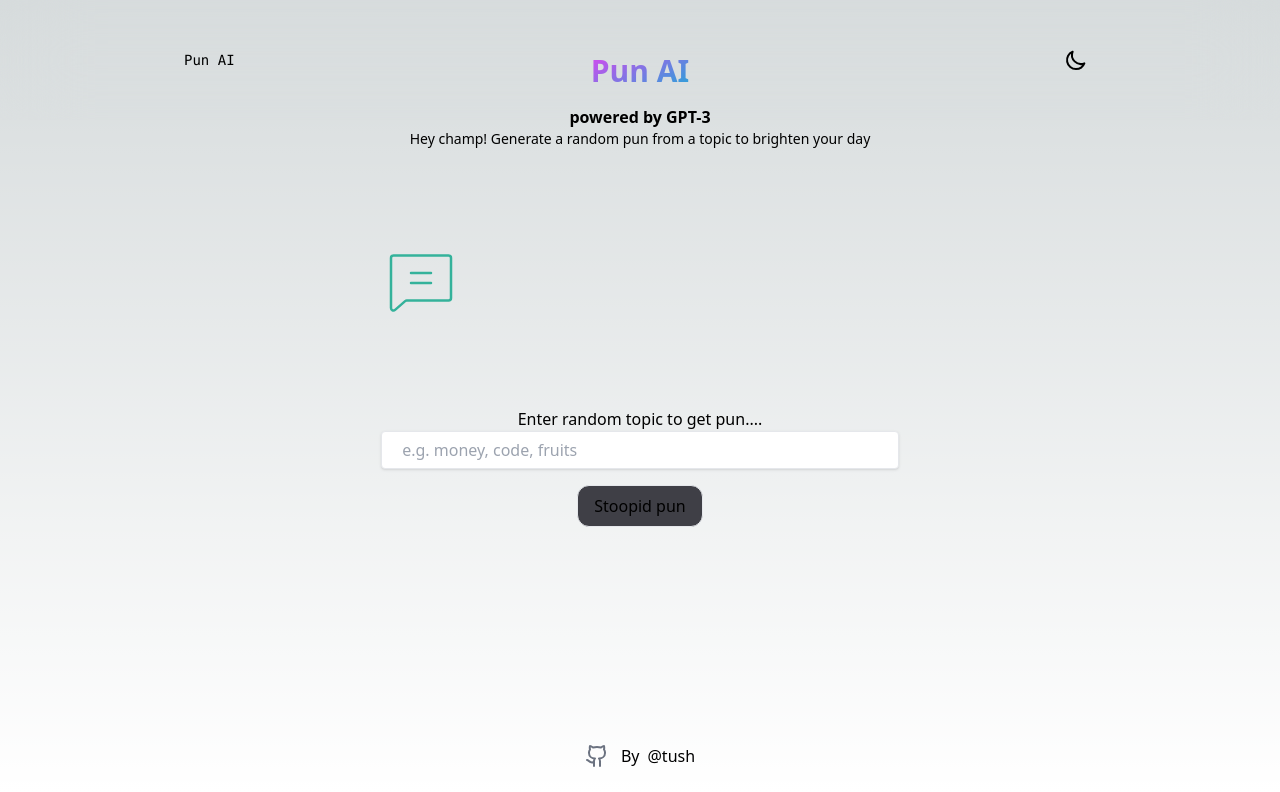
Repository: tushcmd/next-puns-ai
Page: /
These files come from the project's save history. The page is drawn as it stood at one moment and after the next save; the edit follows.
The browser window is 1280 px wide. The pictures show the whole page.
The project was rebuilt for these pictures with package versions that can differ from the ones it lists, and the page was loaded fresh each time. The framework's server and built-in components were replaced by stand-ins that run in the browser. Also part of the build but not shown: next.config.mjs.

Above is the page before, as saved 2024-03-10 03:15:58.

### app/layout.tsx
import type { Metadata } from "next";
import { Inter } from "next/font/google";
import "./globals.css";
import { Providers } from './components/providers'

const inter = Inter({ subsets: ["latin"] });

export const metadata: Metadata = {
  title: "Create Next App",
  description: "Generated by create next app",
};

export default function RootLayout({
  children,
}: Readonly<{
  children: React.ReactNode;
}>) {
  return (
    <html lang="en">
      <body className={`bg-background text-color {inter.className} w-full overflow-y-visible overflow-x-hidden`}>
        <Providers>
          {children}
        </Providers>

      </body>
    </html>
  );
}

### app/page.tsx
import Footer from "./components/footer";
import Header from "./components/header";
import Hero from "./components/hero";



export default function Home() {

  return (
    <main className="flex min-h-screen flex-col items-center">
      <Header />
      <Hero />
      <Footer />
    </main>
  );
}



 {/* async function handleSubmit(e: FormEvent:<HTMLFormElement>) {
    return ;
  }    */}

{/*Nav*/}
{/*
      <div className="z-10 max-w-5xl w-full items-center justify-between font-mono text-sm lg:flex">
        <p className="fixed left-0 top-0 flex w-full justify-center border-b border-gray-300 bg-gradient-to-b from-zinc-200 py-2 backdrop-blur-2xl dark:border-neutral-800 dark:bg-zinc-800/30 dark:from-inherit lg:static lg:w-auto  lg:rounded-xl lg:border lg:bg-gray-200 lg:p-0 lg:dark:bg-zinc-800/30">
          Pun AI
        </p>

        <div className="fixed bottom-0 left-0 flex h-48 w-full items-end justify-center bg-gradient-to-t from-white via-white dark:from-black dark:via-black lg:static lg:h-auto lg:w-auto lg:bg-none">
          {/*<div>
            Dak
       </div>
          <a
            className="pointer-events-none flex place-items-center gap-2 p-8 lg:pointer-events-auto lg:p-0"
            href="https://tushdev.co/"
            target="_blank"
            rel="noopener noreferrer"
          >
            By{" "}
            <p>@tush</p>
          </a>
        </div>
      </div>

      <div className="relative flex flex-col place-items-center before:absolute before:h-[300px] before:w-full sm:before:w-[480px] before:-translate-x-1/2 before:rounded-full before:bg-gradient-radial before:from-white before:to-transparent before:blur-2xl before:content-[''] after:absolute after:-z-20 after:h-[180px] after:w-full sm:after:w-[240px] after:translate-x-1/3 after:bg-gradient-conic after:from-sky-200 after:via-blue-200 after:blur-2xl after:content-[''] before:dark:bg-gradient-to-br before:dark:from-transparent before:dark:to-blue-700 before:dark:opacity-10 after:dark:from-sky-900 after:dark:via-[#0141ff] after:dark:opacity-40 before:lg:h-[360px] z-[-1]">
        <p className="p-4 lg:pb-8 text-xl">
          Generate a random pun from a topic to brighten your day <br /> with Pun AI
        </p>
        <svg
          xmlns="http://www.w3.org/2000/svg"
          width="156"
          height="156"
          viewBox="0 0 24 24"
          fill="none"
          stroke="#FFFFFF"
          stroke-width="2"
          stroke-linecap="round"
          stroke-linejoin="round"
          className="lucide lucide-smile"><circle cx="12" cy="12" r="10" /><path d="M8 14s1.5 2 4 2 4-2 4-2" /><line x1="9" x2="9.01" y1="9" y2="9" /><line x1="15" x2="15.01" y1="9" y2="9"
          />
        </svg>
      </div>

      <form className="flex flex-col justify-between mb-32 text-center lg:max-w-3xl lg:w-full lg:mb-0 lg:grid-cols-4">
        <div className='w-full mb-4'>
          <label className="block items-center justify-center mb-4" htmlFor="prompt-input">
            Enter random topic to get pun...
          </label>
          <input
            className="shadow appearance-none border rounded w-full py-2 px-3 text-gray-700 leading-tight focus:outline-none focus:shadow-outline"
            id="prompt-input"
            type="text"
            placeholder="e.g. money, code, fruits">
          </input>
        </div>
        <button
          type="submit"
          className="bg-blue-500 hover:bg-blue-700 text-white font-bold py-2 px-4 rounded focus:outline-none focus:shadow-outline"
        >
          Generate Pun
        </button>
      </form> */}

### app/globals.css
@tailwind base;
@tailwind components;
@tailwind utilities;


@layer base {
  :root {
    --foreground-rgb: 0, 0, 0;
    --background-start-rgb: 214, 219, 220;
    --background-end-rgb: 255, 255, 255;
  }

  [data-theme="dark"] {
    --foreground-rgb: 255, 255, 255;
    --background-start-rgb: 0, 0, 0;
    --background-end-rgb: 0, 0, 0;
  }


}


* {
  scroll-behavior: smooth;
}


body {
  color: rgb(var(--foreground-rgb));
  background: linear-gradient(
      to bottom,
      transparent,
      rgb(var(--background-end-rgb))
    )
    rgb(var(--background-start-rgb));
}

@layer utilities {
  .text-balance {
    text-wrap: balance;
  }
}

### app/components/providers.tsx
// app/providers.jsx

'use client'

import { ThemeProvider } from 'next-themes'
import React from 'react'

interface ProvidersProps {
  children: React.ReactNode;
}

export function Providers({ children }: ProvidersProps) {
  return <ThemeProvider>{children}</ThemeProvider>
}

### app/components/footer.tsx
import Link from "next/link";


export default function Footer() {
    return (
        <div className="inline-flex p-6 max-w-3xl gap-3 items-center text-center">
            <div>
                <Link
                    href="https://github.com/tushcmd/next-puns-ai"
                    target="_blank"
                    rel="noreferrer"
                    className="text-gray-500 hover:text-gray-900 dark:text-gray-400 dark:hover:text-gray-200"
                >
                    <svg xmlns="http://www.w3.org/2000/svg" width="24" height="24" viewBox="0 0 24 24" fill="none" stroke="currentColor" stroke-width="2" stroke-linecap="round" stroke-linejoin="round" className="lucide lucide-github"><path d="M15 22v-4a4.8 4.8 0 0 0-1-3.5c3 0 6-2 6-5.5.08-1.25-.27-2.48-1-3.5.28-1.15.28-2.35 0-3.5 0 0-1 0-3 1.5-2.64-.5-5.36-.5-8 0C6 2 5 2 5 2c-.3 1.15-.3 2.35 0 3.5A5.403 5.403 0 0 0 4 9c0 3.5 3 5.5 6 5.5-.39.49-.68 1.05-.85 1.65-.17.6-.22 1.23-.15 1.85v4" /><path d="M9 18c-4.51 2-5-2-7-2" /></svg>
                </Link>
            </div>
            <Link
                className="pointer-events-none flex place-items-center gap-2 px-8 lg:pointer-events-auto lg:p-0"
                href="https://tushdev.co/"
                target="_blank"
                rel="noopener noreferrer"
            >
                By{" "}
                <p>@tush</p>
            </Link>

        </div>
    )
}

### app/components/header.tsx
import Link from "next/link";
import ThemeSwitchButton from "./ThemeSwitchButton";

export default function Header() {
    return (
        <header className="fixed flex justify-center items-center w-full t-0 md:pb-4 md:pt-4 backdrop-blur-2xl">
            <div className="flex flex-row items-center w-full p-6 md:max-w-5xl justify-between font-mono text-sm">
                <Link
                    className="px-2 md:px-8"
                    href='/'
                >
                    Pun AI
                </Link>

                <div className="px-2 md:px-8">
                    <ThemeSwitchButton />
                </div>
            </div>
        </header>


    );
}

### app/components/hero.tsx
'use client'

import { useState, FormEvent } from "react";
import Spinner from "./Spinner";

export default function Hero() {
    const [prompt, setPrompt] = useState(""); // Declare the prompt variable

    const [pun, setPun] = useState("");
    const [punLoading, setPunLoading] = useState(false);
    const [punLoadingError, setPunLoadingError] = useState(false);

    async function handleSubmit(e: FormEvent<HTMLFormElement>) {
        e.preventDefault();
        const formData = new FormData(e.target as HTMLFormElement);
        const prompt = formData.get("prompt")?.toString().trim();

        if (prompt) {
            try {
                setPun("");
                setPunLoadingError(false);
                setPunLoading(true);

                const response = await fetch(
                    "/api/pun?prompt`=" + encodeURIComponent(prompt)
                );

                //const response = await fetch('/api/pun', {
                //    method: 'POST',
                //    headers: {
                //        'Content-Type': 'application/json',
                //    },
                //    body: JSON.stringify({ prompt }),
                //});

                const body = await response.json();
                setPun(pun);
            } catch (error) {
                console.error(error);
                setPunLoadingError(true);
            } finally {
                setPunLoading(false);
            }
        }
    }

    return (
        <div className="flex flex-col relative justify-center items-center h-screen md:py-10 py-6 overflow-wrap max-w-3xl px-5">
            <p className="text-3xl font-bold pb-4 bg-gradient-to-br from-fuchsia-500 to-cyan-500 bg-clip-text text-transparent">
                Pun AI
            </p>
            <p className="text-base font-bold">powered by GPT-3</p>
            <div className="text-sm">
                Hey champ! Generate a random pun from a topic to brighten your day
            </div>
            <div className="mx-[2rem] relative w-full flex items-center aspect-[10/5]">
                <svg
                    xmlns="http://www.w3.org/2000/svg"
                    width="80"
                    height="80"
                    fill="#34b29b"
                    viewBox="0 0 256 256"
                >
                    <path d="M216,52H40A12,12,0,0,0,28,64V224a11.89,11.89,0,0,0,6.93,10.88A12.17,12.17,0,0,0,40,236a11.89,11.89,0,0,0,7.69-2.83l.06-.06,32.14-28.17A4,4,0,0,1,82.5,204H216a12,12,0,0,0,12-12V64A12,12,0,0,0,216,52Zm4,140a4,4,0,0,1-4,4H82.5a12.1,12.1,0,0,0-7.79,2.87l-32.16,28.2A4,4,0,0,1,36,224V64a4,4,0,0,1,4-4H216a4,4,0,0,1,4,4Zm-56-80a4,4,0,0,1-4,4H96a4,4,0,0,1,0-8h64A4,4,0,0,1,164,112Zm0,32a4,4,0,0,1-4,4H96a4,4,0,0,1,0-8h64A4,4,0,0,1,164,144Z"></path>
                </svg>
            </div>
            <form onSubmit={handleSubmit} className="flex flex-col mb-32 text-center items-center">
                <div className="mb-4">
                    <label className="pb-8">Enter random topic to get pun....</label>
                    <input
                        value={prompt}
                        onChange={(e) => setPrompt(e.target.value)} // Update the prompt value
                        className="shadow appearance-none border rounded w-full py-2 px-5 bg-white text-black dark:text-white leading-tight focus:outline-none focus:shadow-outline"
                        id="prompt-input"
                        type="text"
                        placeholder="e.g. money, code, fruits"
                    ></input>
                </div>
                <button
                    type="submit"
                    className="mb-3 border static rounded-xl bg-zinc-700 py-2 px-4 hover:bg-zinc-400 dark:bg-white"
                    disabled={punLoading}
                >
                    Stoopid pun
                </button>
            </form>

            {punLoading && <Spinner />}
            {punLoadingError && "Something went wrong. Please try again."}
            {pun && <h5>{pun}</h5>}
        </div>
    );
}

### app/components/ThemeSwitchButton.tsx
'use client'

import { useEffect, useState } from 'react';
import { useTheme } from 'next-themes';

export default function ThemeSwitchButton() {
    const [mounted, setMounted] = useState(false);
    const { resolvedTheme, setTheme } = useTheme();
    // After mounting, we have access to the theme
    useEffect(() => setMounted(true), []);

    return (

        <button
            aria-label="Toggle Dark Mode"
            type="button"
            className="w-10 h-10 flex items-center justify-center hover:bg-neutral-200 hover:dark:bg-neutral-600 rounded-full transition-all"
            onClick={() =>
                setTheme(resolvedTheme === "dark" ? "light" : "dark")
            }
        >
            {mounted && (
                <svg xmlns="http://www.w3.org/2000/svg"
                    fill="none"
                    viewBox="0 0 24 24"
                    strokeWidth="1.5"
                    stroke="currentColor"
                    className="w-6 h-6 switch">

                    {resolvedTheme === "dark" ? (
                        <path
                            strokeLinecap="round"
                            strokeLinejoin="round"
                            strokeWidth={2}
                            d="M12 3v1m0 16v1m9-9h-1M4 12H3m15.364 6.364l-.707-.707M6.343 6.343l-.707-.707m12.728 0l-.707.707M6.343 17.657l-.707.707M16 12a4 4 0 11-8 0 4 4 0 018 0z"
                        />

                    ) : (
                        <path
                            strokeLinecap="round"
                            strokeLinejoin="round"
                            strokeWidth={2}
                            d="M20.354 15.354A9 9 0 018.646 3.646 9.003 9.003 0 0012 21a9.003 9.003 0 008.354-5.646z"
                        />

                    )}
                </svg>
            )
            }
        </button >

    )
}

### tailwind.config.ts
import type { Config } from "tailwindcss";

const config: Config = {
  darkMode: "class",
  content: [
    "./pages/**/*.{js,ts,jsx,tsx,mdx}",
    "./components/**/*.{js,ts,jsx,tsx,mdx}",
    "./app/**/*.{js,ts,jsx,tsx,mdx}",
  ],
  theme: {
    extend: {
      backgroundImage: {
        "gradient-radial": "radial-gradient(var(--tw-gradient-stops))",
        "gradient-conic":
          "conic-gradient(from 180deg at 50% 50%, var(--tw-gradient-stops))",
      },

      screens: {
        sm: '480px',
        md: '768px',
        lg: '976px',
        xl: '1440px',
      },
    },
  },
  plugins: [],
};
export default config;

### app/components/Spinner.tsx
export default function Spinner() {
    return (
        <div className="grid min-h-[140px] w-full place-items-center overflow-x-scroll rounded-lg p-6 lg:overflow-visible">
            <svg className="text-gray-300 animate-spin" viewBox="0 0 64 64" fill="none" xmlns="http://www.w3.org/2000/svg"
                width="24" height="24">
                <path
                    d="M32 3C35.8083 3 39.5794 3.75011 43.0978 5.20749C46.6163 6.66488 49.8132 8.80101 52.5061 11.4939C55.199 14.1868 57.3351 17.3837 58.7925 20.9022C60.2499 24.4206 61 28.1917 61 32C61 35.8083 60.2499 39.5794 58.7925 43.0978C57.3351 46.6163 55.199 49.8132 52.5061 52.5061C49.8132 55.199 46.6163 57.3351 43.0978 58.7925C39.5794 60.2499 35.8083 61 32 61C28.1917 61 24.4206 60.2499 20.9022 58.7925C17.3837 57.3351 14.1868 55.199 11.4939 52.5061C8.801 49.8132 6.66487 46.6163 5.20749 43.0978C3.7501 39.5794 3 35.8083 3 32C3 28.1917 3.75011 24.4206 5.2075 20.9022C6.66489 17.3837 8.80101 14.1868 11.4939 11.4939C14.1868 8.80099 17.3838 6.66487 20.9022 5.20749C24.4206 3.7501 28.1917 3 32 3L32 3Z"
                    stroke="currentColor" stroke-width="5" stroke-linecap="round" stroke-linejoin="round"></path>
                <path
                    d="M32 3C36.5778 3 41.0906 4.08374 45.1692 6.16256C49.2477 8.24138 52.7762 11.2562 55.466 14.9605C58.1558 18.6647 59.9304 22.9531 60.6448 27.4748C61.3591 31.9965 60.9928 36.6232 59.5759 40.9762"
                    stroke="currentColor" stroke-width="5" stroke-linecap="round" stroke-linejoin="round" className="text-gray-900">
                </path>
            </svg>
        </div>
    )
}

After the next save:
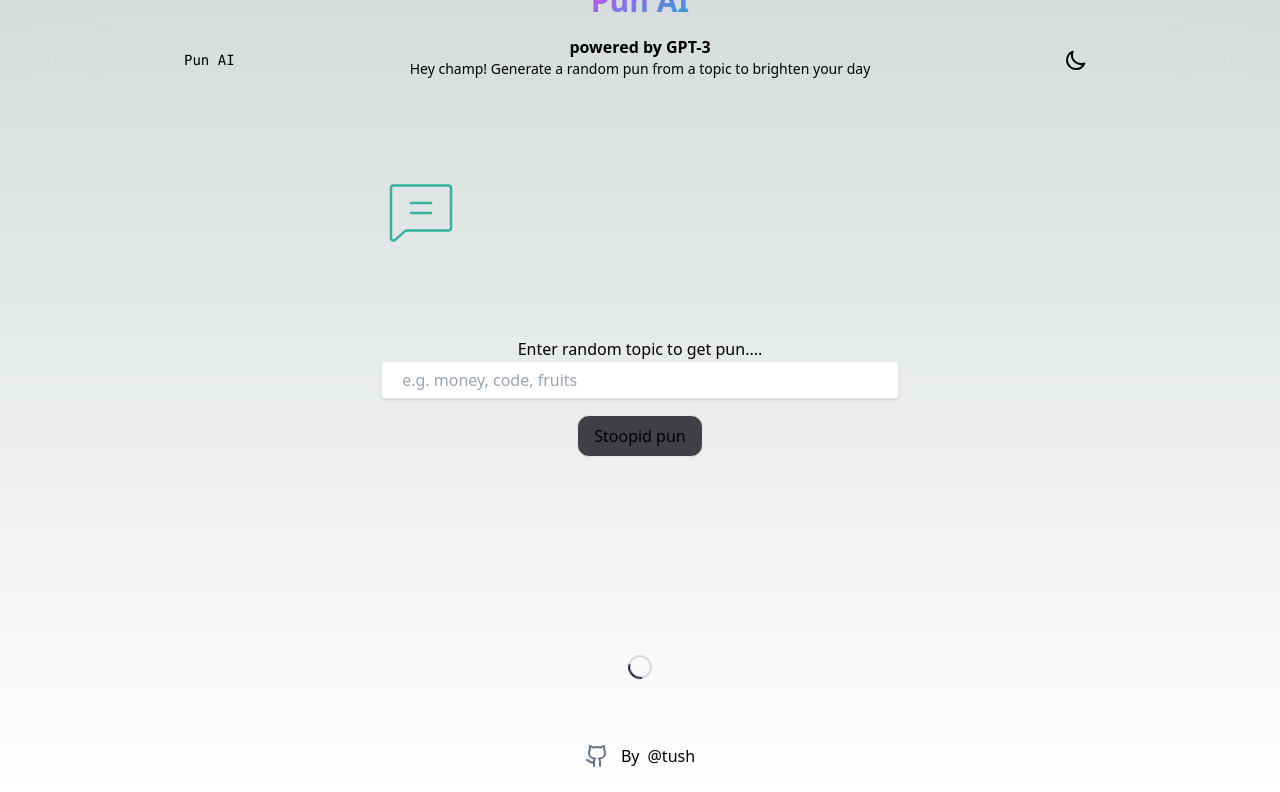
Saved 7 min 42 s later.
--- a/app/components/hero.tsx
+++ b/app/components/hero.tsx
@@ -7,7 +7,7 @@
     const [prompt, setPrompt] = useState(""); // Declare the prompt variable
 
     const [pun, setPun] = useState("");
-    const [punLoading, setPunLoading] = useState(false);
+    const [punLoading, setPunLoading] = useState(true);
     const [punLoadingError, setPunLoadingError] = useState(false);
 
     async function handleSubmit(e: FormEvent<HTMLFormElement>) {
@@ -24,14 +24,6 @@
                 const response = await fetch(
                     "/api/pun?prompt`=" + encodeURIComponent(prompt)
                 );
-
-                //const response = await fetch('/api/pun', {
-                //    method: 'POST',
-                //    headers: {
-                //        'Content-Type': 'application/json',
-                //    },
-                //    body: JSON.stringify({ prompt }),
-                //});
 
                 const body = await response.json();
                 setPun(pun);
